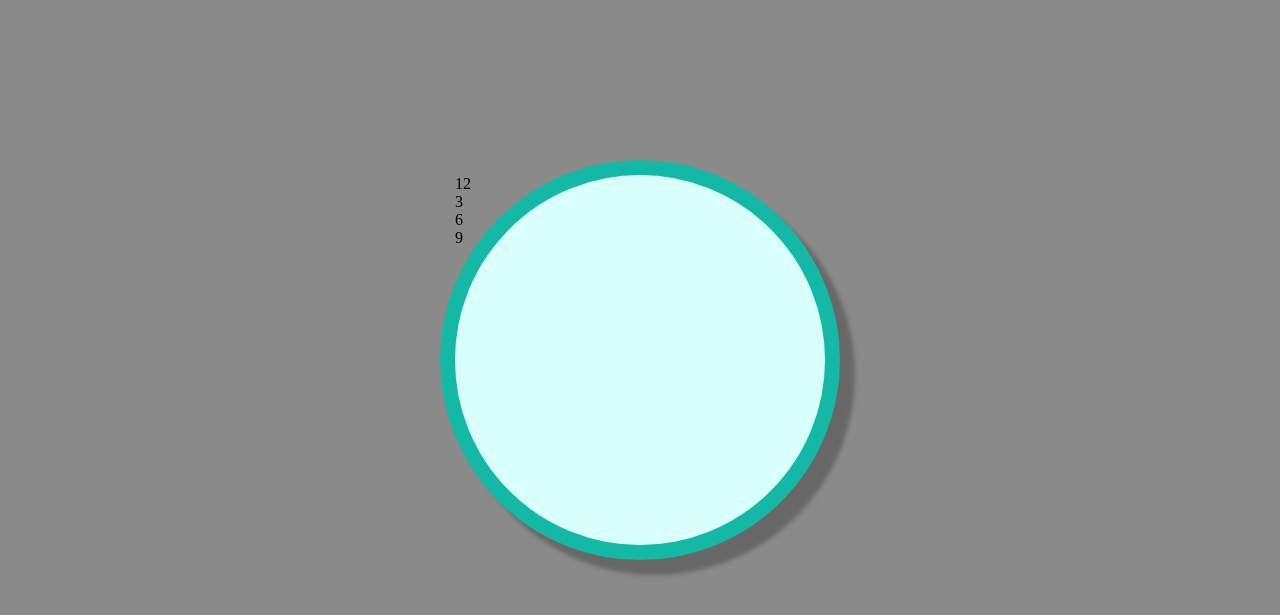
Repository: ChenWarren/web-clock
Page: index.html
These files come from the project's save history. The page is drawn as it stood at one moment and after a run of saves; the edit follows.
The browser window is 1280 px wide. The pictures show the whole page.

Above is the page before, as saved 2021-03-18 20:50:05.

After the next 4 saves:
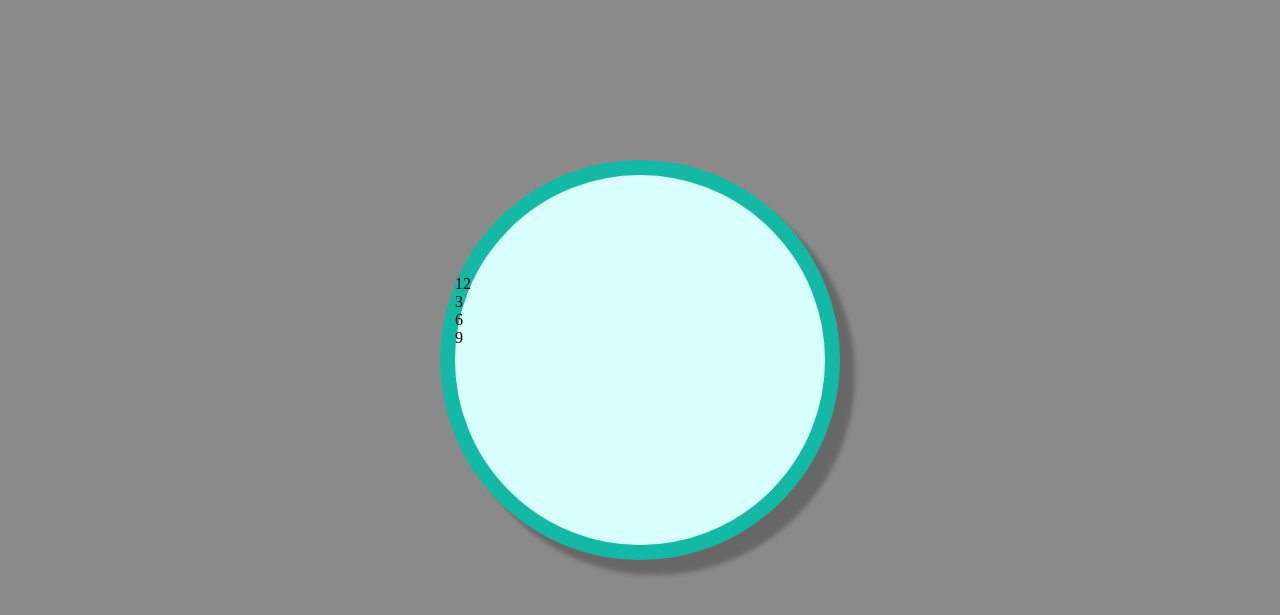
The 4 saves are shown as one change because they came seconds apart.
The last was saved 21 s later.
--- a/main.css
+++ b/main.css
@@ -26,5 +26,6 @@ body {
 
 .hour {
     width: 15px;
-    height: ;
+    height: 100px;
+    background-color: ;
 }
